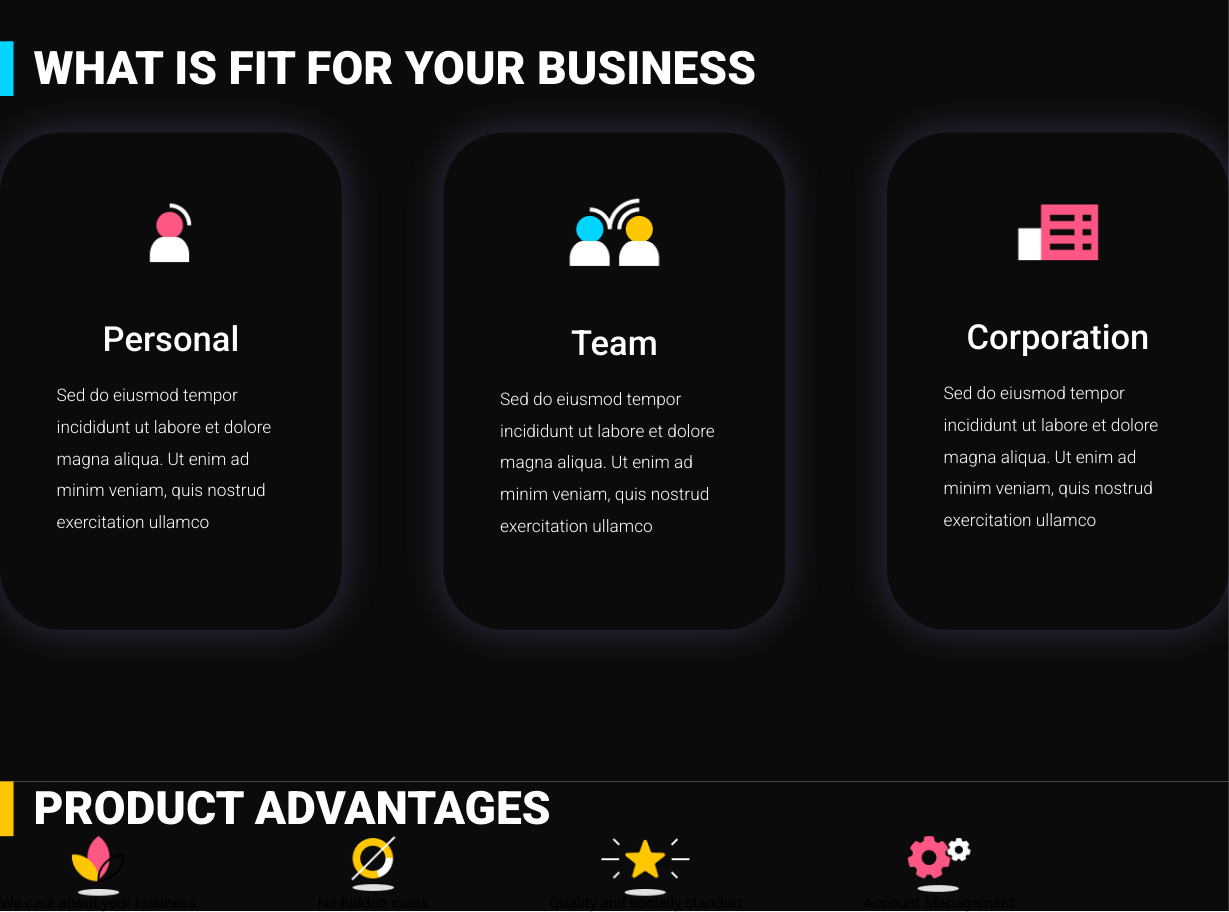
Repository: VetaWhale/team-site-test
Page: index.html
An editor plug-in stored every save of this project. The page is shown before and after the next save, followed by the edit.
The browser window is 1280 px wide. The pictures show the whole page, at 96% of full size.
Some web fonts or font styles are not loaded; a fallback is used.

Above is the page before, as saved 2023-04-24 14:24:05.

After the next save:
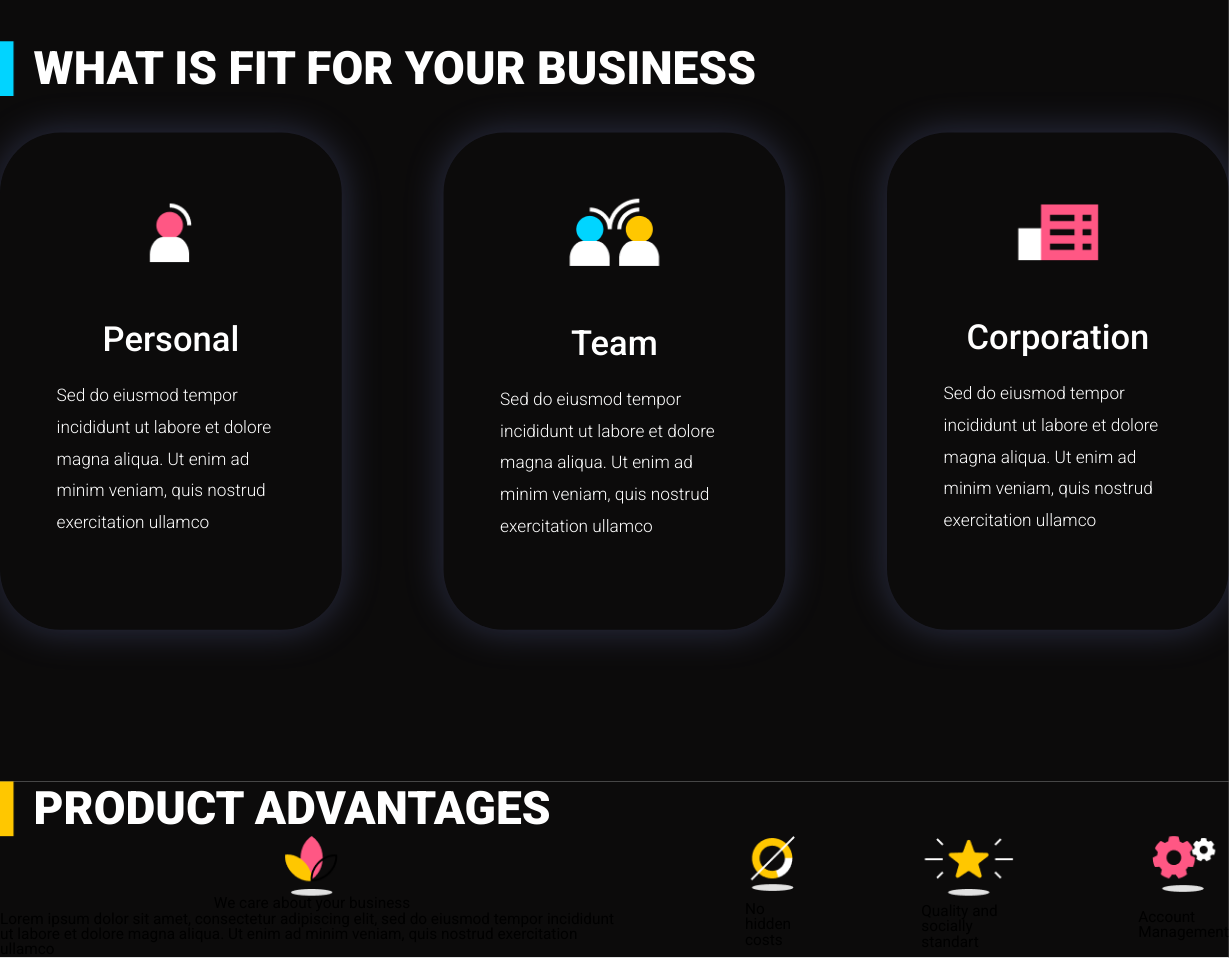
Saved 2 min 26 s later.
--- a/index.html
+++ b/index.html
@@ -56,24 +56,36 @@
                     <h2 class="product__title-text">
                         We care about your business
                     </h2>
+                    <p class="product__description">
+                        Lorem ipsum dolor sit amet, consectetur adipiscing elit, sed do eiusmod tempor incididunt ut labore et dolore magna aliqua. Ut enim ad minim veniam, quis nostrud exercitation ullamco
+                    </p>
                 </div>
                 <div class="product__item">
                     <img src="./resources/product_icon-ellipse.png" alt="">
                     <h2 class="product__title-text">
                         No hidden costs
                     </h2>
+                    <p class="product__description">
+
+                    </p>
                 </div>
                 <div class="product__item">
                     <img src="./resources/product_icon-star.png" alt="">
                     <h2 class="product__title-text">
                         Quality and socially standart
                     </h2>
+                    <p class="product__description">
+
+                    </p>
                 </div>
                 <div class="product__item">
                     <img src="./resources/ICON 04.png" alt="">
                     <h2 class="product__title-text">
                         Account Management
                     </h2>
+                    <p class="product__description">
+
+                    </p>
                 </div>
             </div>
         </section>
